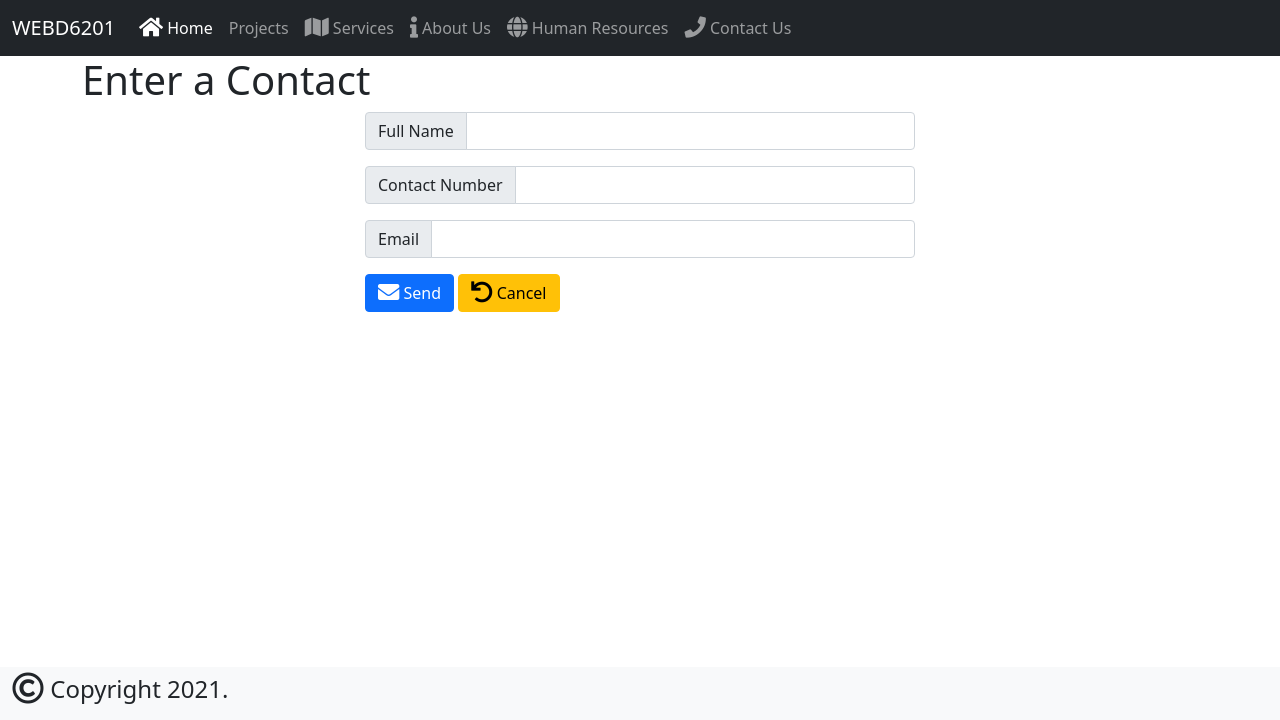
Repository: Sub4Sub/Lab_1
Page: contact.html
The author's editor kept a copy of each file at every save. The page is drawn from the files as they stood at one save, then again after the next save.
The browser window is 1280 px wide. The pictures show the whole page.

Above is the page before, as saved 2021-02-05 15:01:36.

### contact.html
<!DOCTYPE html>
<html lang="en">
<head>
    <meta charset="UTF-8">
    <meta name="viewport" content="width=device-width, initial-scale=1.0">
    <title>Contact</title>
    <!-- CSS Section -->
    <link rel="stylesheet" href="./node_modules/bootstrap/dist/css/bootstrap.min.css">
    <link rel="stylesheet" href="./node_modules/@fortawesome/fontawesome-free/css/all.min.css">
    <link rel="stylesheet" href="./Content/app.css">
</head>
<body>
    <!-- Main Header -->
    <header>
        <!-- Main Navigation -->
        <nav class="navbar navbar-expand-lg navbar-dark bg-dark">
            <div class="container-fluid">
              <a class="navbar-brand" href="index.html">WEBD6201</a>
              <button class="navbar-toggler" type="button" data-bs-toggle="collapse" data-bs-target="#navbarSupportedContent" aria-controls="navbarSupportedContent" aria-expanded="false" aria-label="Toggle navigation">
                <span class="navbar-toggler-icon"></span>
              </button>
              <div class="collapse navbar-collapse" id="navbarSupportedContent">
                <ul class="navbar-nav me-auto mb-2 mb-lg-0">
                  <li class="nav-item">
                    <a class="nav-link active" aria-current="page" href="index.html"><i class="fas fa-home fa-lg"></i> Home</a>
                  </li>

                  <li class="nav-item">
                    <a class="nav-link" id="productsLink" aria-current="page" href="products.html"><i class="fas fa-cog fa-lg"></i> Products</a>
                  </li>

                  <li class="nav-item">
                    <a class="nav-link" aria-current="page" href="services.html"><i class="fas fa-map fa-lg"></i> Services</a>
                  </li>

                  <li class="nav-item" id="aboutUsList">
                    <a class="nav-link" aria-current="page" href="about.html"><i class="fas fa-info fa-lg"></i> About Us</a>
                  </li>

                  <li class="nav-item">
                    <a class="nav-link" aria-current="page" href="contact.html"><i class="fas fa-phone fa-lg"></i> Contact Us</a>
                  </li>
                </ul>
              </div>
            </div>
          </nav>
    </header>

    <!-- Main Content -->
    <main class="container">
    </main>


    <!-- Script Section-->
    <script src="./node_modules/jquery/dist/jquery.min.js"></script>
    <script src="./node_modules/bootstrap/dist/js/bootstrap.bundle.min.js"></script>
    <script src="./Scripts/app.js"></script>
</body>
</html>

### Scripts/app.js
/*
* Name: Brett Tindall & Emeka Okoisama
* Student Id: 100708109 &
* Date Completed: 2021-02-05
*/

"use strict";

//IIFE - Immediately Invoked Function Expression
(function()
{

    /*
      Function that displays the home page's content
    */
    function displayHome()
    {
        let indexHeading = document.createElement("h1");

        indexHeading.setAttribute("id", "indexHeading");
        indexHeading.textContent = `Welcome to lab 1`;
        //indexHeading.className = "fs-4 fw-bold";

        let mainContent = document.querySelector("main");
        mainContent.appendChild(indexHeading);

        let newDivTag = document.createElement("div");
        newDivTag.innerHTML =
        `<h4>By Brett Tindall and Emeka Okoisama</h4>
        <p id="paragraphThree"> This is our first lab submission </p>`;

        mainContent.append(newDivTag);


    }

    /*
      Function that displays the contact page's content
    */
    function displayContact()
    {
      let contactHeading = document.createElement("h1");

      contactHeading.setAttribute("id", "contactHeading");
      contactHeading.textContent = "Enter a Contact";

      let mainContent = document.querySelector("main");
      mainContent.appendChild(contactHeading);

      let newDivTag = document.createElement("div");
      newDivTag.innerHTML =
      `<div id="messageArea"></div>

      <div class="row justify-content-lg-center g-3">
        <form class="col-lg-6 col-md-10 col-sm-10">

          <div class="input-group mb-3">
            <span class="input-group-text" id="inputGroup-sizing-default">Full Name </span>
            <input id="fullName" type="text" class="form-control" aria-label="Full Name" aria-describedby="Full Name Input"
            name="fullName" required>
          </div>

          <div class="input-group mb-3">
            <span class="input-group-text" id="inputGroup-sizing-default">Contact Number</span>
            <input id="contactNumber" type="tel" class="form-control" aria-label="Contact Number" aria-describedby="Contact Number Input"
            name="contactNumber" required>
          </div>

          <div class="input-group mb-3">
            <span class="input-group-text" id="inputGroup-sizing-default">Email</span>
            <input id="emailAddress" type="email" class="form-control" aria-label="Email Address" aria-describedby="Email Address Input"
            name="emailAddress" required>
          </div>

          <button id="sendButton" type="submit" class="btn btn-primary"><i class="fas fa-envelope fa-lg"></i> Send</button>
          <button id="cancelButton" type="reset" class="btn btn-warning"><i class="fas fa-undo fa-lg"></i> Cancel</button>
        </form>
      </div>`;

      mainContent.append(newDivTag);


      let sendButton = document.getElementById("sendButton");

        sendButton.addEventListener("click", function(event){

          window.location.href = '/index.html';

        });

    }

    /*
      Function that displays the fixed footer at the bottom of the page
    */
    function displayFooter()
    {
      let mainContent = document.querySelector("main");

      let newFooterTag = document.createElement("footer");

      newFooterTag.innerHTML =
      `
      <footer>
        <nav class="navbar fixed-bottom navbar-light bg-light">
            <div class="container-fluid">
              <h4><i class="far fa-copyright fa-lg"></i> Copyright 2021.</h4>
            </div>
          </nav>
    </footer>
      `

      mainContent.append(newFooterTag);

    }

    /*
      Function that adds a button to the human resources page
    */
    function addHumanResourcesButton()
    {

      let aboutUsLink = document.getElementById("aboutUsList");

      let newListItem = document.createElement("li");

      newListItem.innerHTML =
      `
      <li class="nav-item">
        <a class="nav-link" id="HumanResourcesLink" aria-current="page" href="human-resources.html"><i class="fas fa-globe fa-lg"></i> Human Resources</a>
      </li>
      `

      aboutUsLink.after(newListItem);

    }

    function Start()
    {
        console.log("App Started...");

        let productsButton = document.getElementById("productsLink");

        productsButton.textContent = "Projects";

        addHumanResourcesButton();

        switch (document.title)
        {
          case "Home":
              displayHome();
            break;
          case "About":
              displayAbout();
            break;
          case "Projects":
              displayProjects();
            break;
          case "Services":
              displayServices();
            break;
          case "Contact":
              displayContact();
            break;
        }

    }

    displayFooter();

    window.addEventListener("load", Start);

})();

Loaded but not shown: node_modules/bootstrap/dist/css/bootstrap.min.css (library); node_modules/@fortawesome/fontawesome-free/css/all.min.css (library); node_modules/jquery/dist/jquery.min.js (library); node_modules/bootstrap/dist/js/bootstrap.bundle.min.js (library); Content/app.css (no stored copy; drawn as an empty file)

After the next save:
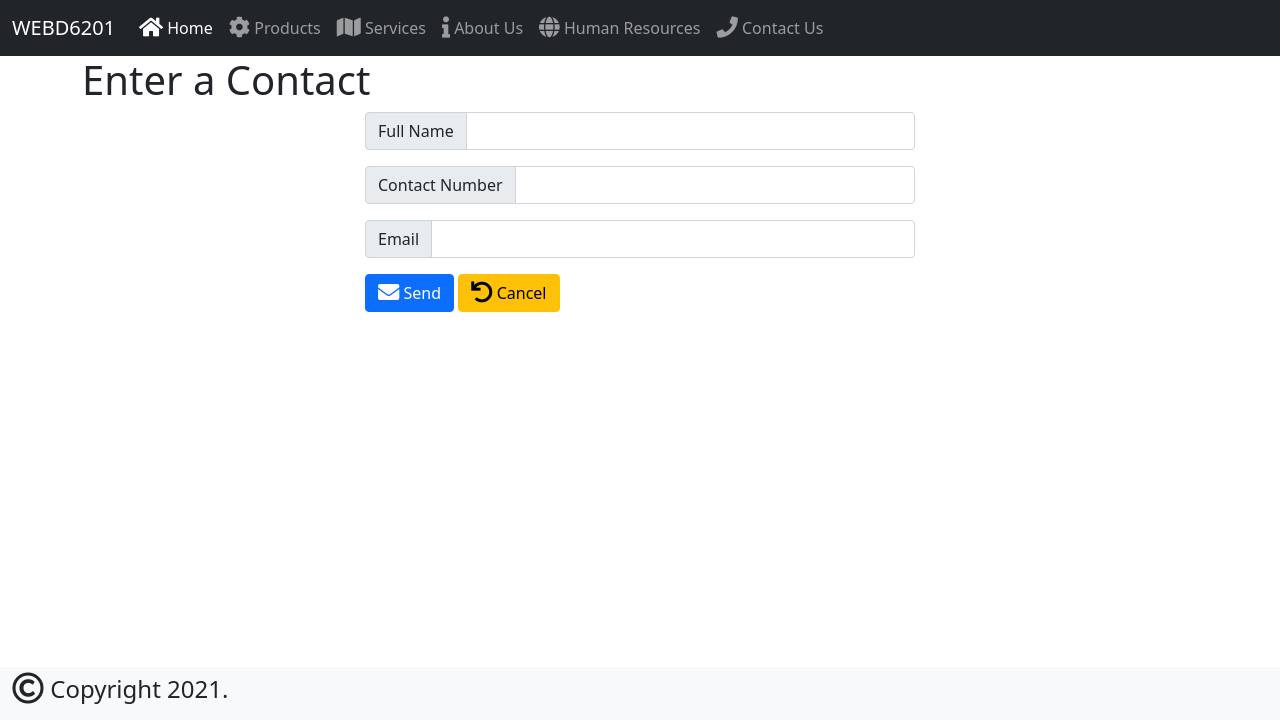
Saved 115 s later.
--- a/Scripts/app.js
+++ b/Scripts/app.js
@@ -141,7 +141,9 @@
 
         let productsButton = document.getElementById("productsLink");
 
-        productsButton.textContent = "Projects";
+        //productsButton.textContent = "Projects";
+
+        productsButton.replace = "Projects";
 
         addHumanResourcesButton();
 
